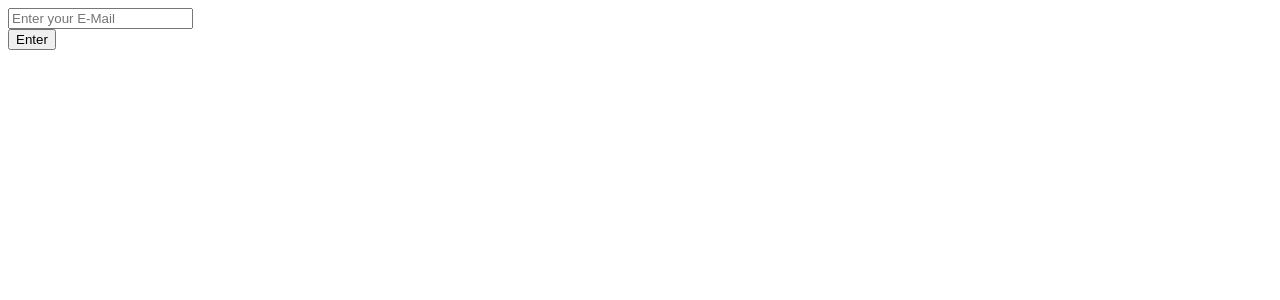
Repository: MoulicaSudamalla161/Tweet
Page: http://localhost/TweetApplication/ForgotLink.jsp
These files come from the project's save history. The page is drawn as it stood at one moment and after the next save; the edit follows.
The browser window is 1280 px wide. The pictures show the whole page.
The page is served by Tomcat 9. Other server files are loaded and not shown.

Above is the page before, as saved 2021-03-08 15:44:42.

### TweetApplication/WebContent/ForgotLink.jsp
<%@ page language="java" contentType="text/html; charset=ISO-8859-1"
    pageEncoding="ISO-8859-1"%>
<!DOCTYPE html>
<html>
<head>
<meta charset="ISO-8859-1">
<title>Reset Password</title>
</head>
<body>
    <div id="ui" >
        <input type="text" name="email" class="form-control"  placeholder="Enter your E-Mail">
        <div class="form-group" id="loginbutton"> <!-- Submit button -->
        <button class="btn btn-primary btn-lock btn-lg "  name="submit" type="submit"  onclick="ForgotLink">Enter</button>
      </div>
    </div>
</body>
</html>

After the next save:
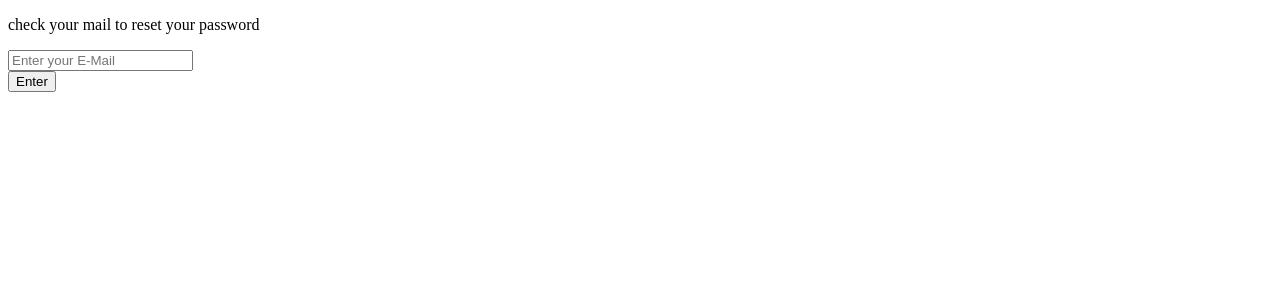
Saved 35 s later.
--- a/TweetApplication/WebContent/ForgotLink.jsp
+++ b/TweetApplication/WebContent/ForgotLink.jsp
@@ -8,6 +8,7 @@
 </head>
 <body>
     <div id="ui" >
+    <p>check your mail to reset your password</p>
         <input type="text" name="email" class="form-control"  placeholder="Enter your E-Mail">
         <div class="form-group" id="loginbutton"> <!-- Submit button -->
         <button class="btn btn-primary btn-lock btn-lg "  name="submit" type="submit"  onclick="ForgotLink">Enter</button>
